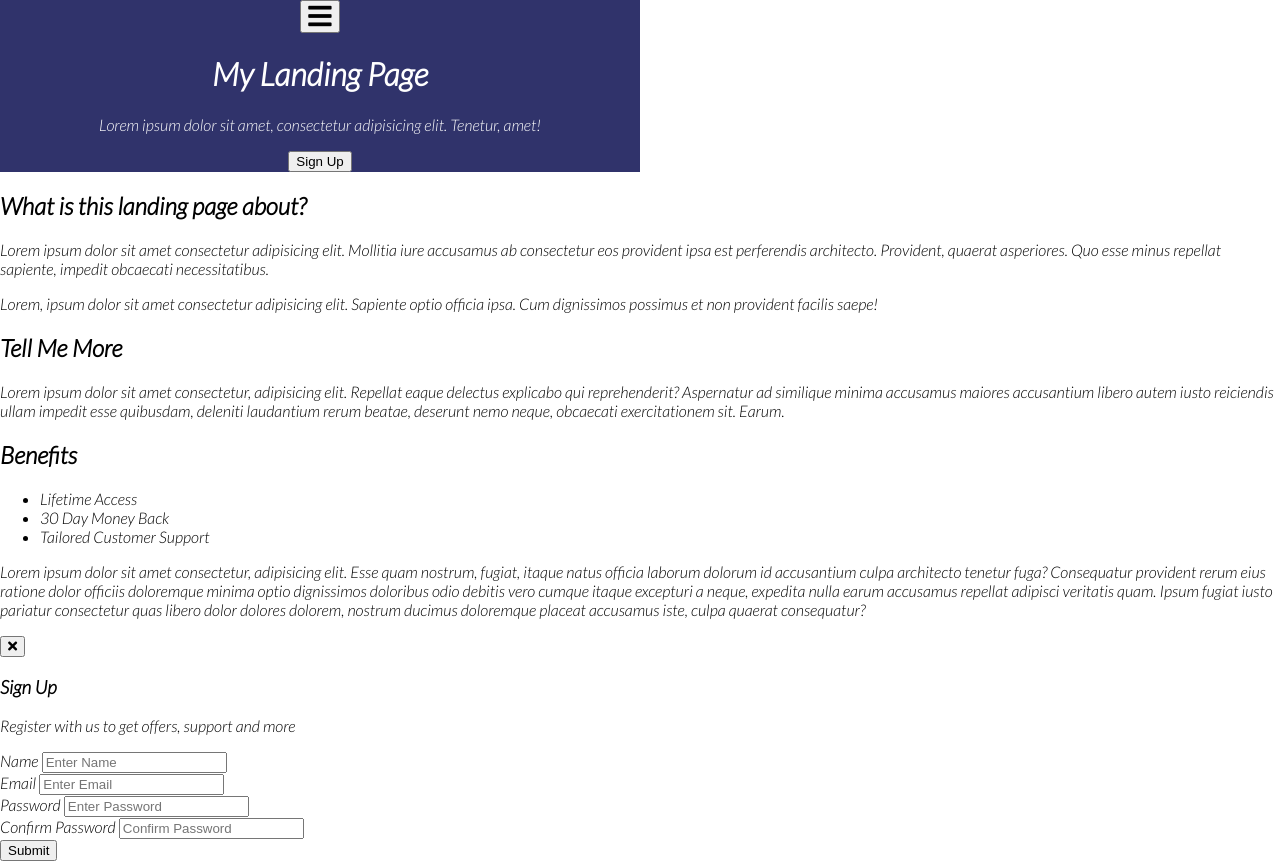
Repository: CAMPSLOPY/MenuSliderWithLandingPage
Page: index.html
The author's editor kept a copy of each file at every save. The page is drawn from the files as they stood at one save, then again after the next save.
The browser window is 1280 px wide. The pictures show the whole page.
Some web libraries are served in a nearby version.

Above is the page before, as saved 2021-01-21 14:14:50.

### index.html
<!DOCTYPE html>
<html lang="en">
  <head>
    <meta charset="UTF-8" />
    <meta name="viewport" content="width=device-width, initial-scale=1.0" />
    <meta http-equiv="X-UA-Compatible" content="ie=edge" />
    <meta name="robots" content="index,follow" />
    <meta
      name="description"
      content="This App shows on menu bar is been controlled with Html,Css and Javascript.."
    />
    <link
      rel="stylesheet"
      href="https://cdnjs.cloudflare.com/ajax/libs/font-awesome/5.11.2/css/all.min.css"
      integrity="sha256-+N4/V/SbAFiW1MPBCXnfnP9QSN3+Keu+NlB+0ev/YKQ="
      crossorigin="anonymous"
    />
    <link rel="stylesheet" href="/styles.css" />
    <link rel="icon" href="" />
    <title>MenuSliderPage</title>
  </head>
  <body>
    <nav>
      <div class="logo">
        <img src="https://randomuser.me/api/portraits/men/76.jpg" alt="user" />
      </div>
      <ul>
        <li><a href="#">Home</a></li>
        <li><a href="#">Portfolio</a></li>
        <li><a href="#">Blog</a></li>
        <li><a href="#">Contact Me</a></li>
      </ul>
    </nav>

    <header>
      <button id="toggle" class="toggle">
        <i class="fa fa-bars fa-2x"></i>
      </button>

      <h1>My Landing Page</h1>

      <p>
        Lorem ipsum dolor sit amet, consectetur adipisicing elit. Tenetur, amet!
      </p>

      <button class="cta-btn" id="open">Sign Up</button>
    </header>

    <div class="container">
      <h2>What is this landing page about?</h2>
      <p>
        Lorem ipsum dolor sit amet consectetur adipisicing elit. Mollitia iure
        accusamus ab consectetur eos provident ipsa est perferendis architecto.
        Provident, quaerat asperiores. Quo esse minus repellat sapiente, impedit
        obcaecati necessitatibus.
      </p>
      <p>
        Lorem, ipsum dolor sit amet consectetur adipisicing elit. Sapiente optio
        officia ipsa. Cum dignissimos possimus et non provident facilis saepe!
      </p>

      <h2>Tell Me More</h2>

      <p>
        Lorem ipsum dolor sit amet consectetur, adipisicing elit. Repellat eaque
        delectus explicabo qui reprehenderit? Aspernatur ad similique minima
        accusamus maiores accusantium libero autem iusto reiciendis ullam
        impedit esse quibusdam, deleniti laudantium rerum beatae, deserunt nemo
        neque, obcaecati exercitationem sit. Earum.
      </p>

      <h2>Benefits</h2>
      <ul>
        <li>Lifetime Access</li>
        <li>30 Day Money Back</li>
        <li>Tailored Customer Support</li>
      </ul>

      <p>
        Lorem ipsum dolor sit amet consectetur, adipisicing elit. Esse quam
        nostrum, fugiat, itaque natus officia laborum dolorum id accusantium
        culpa architecto tenetur fuga? Consequatur provident rerum eius ratione
        dolor officiis doloremque minima optio dignissimos doloribus odio
        debitis vero cumque itaque excepturi a neque, expedita nulla earum
        accusamus repellat adipisci veritatis quam. Ipsum fugiat iusto pariatur
        consectetur quas libero dolor dolores dolorem, nostrum ducimus
        doloremque placeat accusamus iste, culpa quaerat consequatur?
      </p>
    </div>

    <!-- Modal -->
    <div class="modal-container" id="modal">
      <div class="modal">
        <button class="close-btn" id="close">
          <i class="fa fa-times"></i>
        </button>
        <div class="modal-header">
          <h3>Sign Up</h3>
        </div>
        <div class="modal-content">
          <p>Register with us to get offers, support and more</p>
          <form class="modal-form">
            <div>
              <label for="name">Name</label>
              <input
                type="text"
                id="name"
                placeholder="Enter Name"
                class="form-input"
              />
            </div>
            <div>
              <label for="email">Email</label>
              <input
                type="email"
                id="email"
                placeholder="Enter Email"
                class="form-input"
              />
            </div>
            <div>
              <label for="password">Password</label>
              <input
                type="password"
                id="password"
                placeholder="Enter Password"
                class="form-input"
              />
            </div>
            <div>
              <label for="password2">Confirm Password</label>
              <input
                type="password"
                id="password2"
                placeholder="Confirm Password"
                class="form-input"
              />
            </div>
            <input type="submit" value="Submit" class="submit-btn" />
          </form>
        </div>
      </div>
    </div>
    <script src="app.js"></script>
  </body>
</html>

### styles.css
@import url("https://fonts.googleapis.com/css2?family=Lato:ital,wght@1,300&display=swap");

:root {
  --modal-duration: 1s;
  --primary-color: #30336b;
  --secondary-color: #be2edd;
}
* {
  box-sizing: border-box;
}
body {
  font-family: "Lato", sans-serif;
  margin: 0;
}

/* NAVBAR STYLING */
nav {
  width: 200px;
  height: 100vh;
  position: fixed;
  top: 0;
  left: 0;
  background-color: var(--primary-color);
  transform: translateX(-100%);
  border-right: 2px solid rgba(200, 200, 200, 0.1);
  color: #fff;
  z-index: 100;
}

nav .logo {
  text-align: center;
  padding: 30px 0;
  margin: auto;
}

nav img {
  width: 75px;
  height: 75px;
  border-radius: 50%;
}

nav ul {
  list-style-type: none;
  padding: 0;
  margin: 0;
}
nav ul li {
  border-bottom: 2px solid rgba(200, 200, 200, 0.1);
  padding: 20px;
}
nav ul li:first-of-type {
  border-top: 2px solid rgba(200, 200, 200, 0.1);
}
nav ul li a {
  text-decoration: none;
  color: #fff;
}
nav ul li a:hover {
  text-decoration: underline;
}

/* STYLING THE MAIN PAGE */

header {
  color: #fff;
  background-color: var(--primary-color);
  position: relative;
  text-align: center;
  width: 50%;
  min-height: 20vh;
}

Loaded but not shown: app.js (no copy from this time; the picture is the same without it)

After the next save:
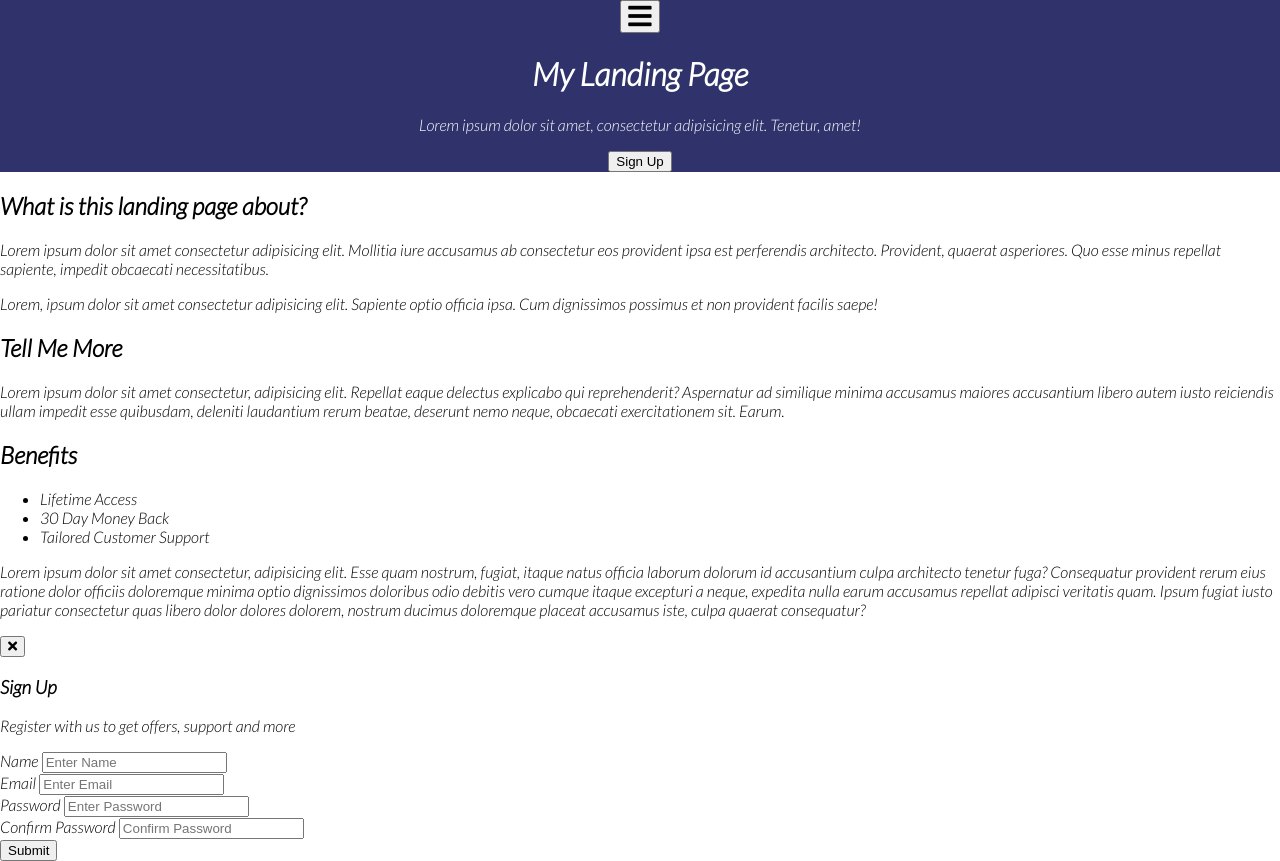
Saved 8 s later.
--- a/styles.css
+++ b/styles.css
@@ -66,6 +66,6 @@ header {
   background-color: var(--primary-color);
   position: relative;
   text-align: center;
-  width: 50%;
+  width: 100vw;
   min-height: 20vh;
 }
